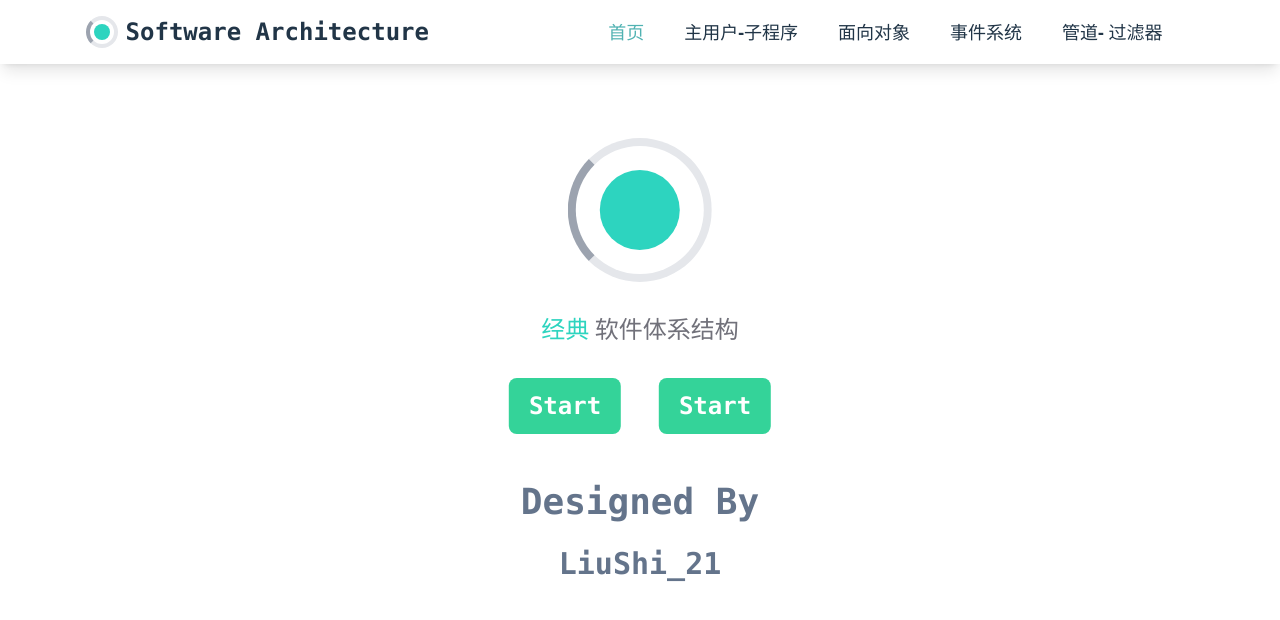
Repository: MarchRory/software_architecture_lab2
Page: / (app in lab2/)
The author's editor kept a copy of each file at every save. The page is drawn from the files as they stood at one save, then again after the next save.
The browser window is 1280 px wide. The pictures show the whole page.
The project was rebuilt for these pictures with package versions that can differ from the ones it lists, and the page was loaded fresh each time. Also part of the build but not shown: lab2/vite.config.ts. Imported but missing from the stored project, and not drawn on this page: lab2/src/views/OOP/index.vue, lab2/src/views/PipFilter/index.vue, lab2/src/views/eventsSys/index.vue, lab2/src/views/mainChild/index.vue.

Above is the page before, as saved 2023-11-17 21:43:28.

### lab2/index.html
<!Doctype html>
<html lang="en">
  <head>
    <meta charset="UTF-8" />
    <link rel="icon" type="image/svg+xml" href="/vite.svg" />
    <meta name="viewport" content="width=device-width, initial-scale=1.0" />
    <title>经典软件体系结构</title>
  </head>
  <body>
    <div id="app"></div>
    <script type="module" src="/src/main.ts"></script>
  </body>
</html>

### lab2/src/main.ts
import { createApp } from 'vue'
import './style.css'
import './style/index.css'
import hljs from 'highlight.js/lib/core'
import 'highlight.js/styles/androidstudio.css'
import java from 'highlight.js/lib/languages/java'
import router from '@/router/index'
import pinia from '@/store/index'
import App from './App.vue'
import "tailwindcss/tailwind.css"
const vueApp = createApp(App)
hljs.registerLanguage('java', java)
// 高亮指令
vueApp.directive('highlight', (el) => {
    const blocks = el.querySelectorAll('pre code')
    blocks.forEach((block: any) => {
        hljs.highlightElement(block)
    })
})
vueApp.use(router).use(pinia).mount('#app')

### lab2/src/style.css
:root {
  font-family: Inter, system-ui, Avenir, Helvetica, Arial, sans-serif;
  line-height: 1.5;
  font-weight: 400;

  color-scheme: light dark;
  color: rgba(255, 255, 255, 0.87);
  background-color: #242424;

  font-synthesis: none;
  text-rendering: optimizeLegibility;
  -webkit-font-smoothing: antialiased;
  -moz-osx-font-smoothing: grayscale;
  -webkit-text-size-adjust: 100%;
}

a {
  font-weight: 500;
  color: #646cff;
  text-decoration: inherit;
}
a:hover {
  color: #535bf2;
}

body {
  margin: 0;
  display: flex;
  place-items: center;
  min-width: 320px;
  min-height: 100vh;
}

@media (prefers-color-scheme: light) {
  :root {
    color: #213547;
    background-color: #ffffff;
  }
  a:hover {
    color: #747bff;
  }
  button {
    background-color: #f9f9f9;
  }
}

### lab2/src/router/index.ts
import { createRouter, createWebHashHistory, RouteRecordRaw } from "vue-router";
export const routes: Array<RouteRecordRaw> = [
    {
        path: '/',
        name: 'hello',
        meta: {
            tabName: '主页'
        },
        component: () => import('@/layout/index.vue'),
        redirect: '/home',
        children: [
            {
                path: '/home',
                name: 'home',
                component: () => import('@/views/hello/index.vue'),
                meta: {
                    title: '首页'
                }
            }, {
                path: '/mainChild',
                name: 'mainChild',
                component: () => import('@/views/mainChild/index.vue'),
                meta: {
                    title: '主用户-子程序'
                }
            }, {
                path: '/OOP',
                name: "OOP",
                component: () => import('@/views/OOP/index.vue'),
                meta: {
                    title: '面向对象'
                }
            }, {
                path: '/eventSys',
                name: "eventSys",
                component: () => import("@/views/eventsSys/index.vue"),
                meta: {
                    title: '事件系统'
                }
            }, {
                path: '/pipFilter',
                name: "pipFilter",
                component: () => import('@/views/PipFilter/index.vue'),
                meta: {
                    title: "管道- 过滤器"
                }
            }
        ]
    },
]

const router = createRouter({
    history: createWebHashHistory(),
    routes
})

export default router

### lab2/src/store/index.ts
import { createPinia } from 'pinia';

const stores = createPinia();

export default stores;

### lab2/src/App.vue
<script setup lang="ts">
	import { defineAsyncComponent } from 'vue';
	import { useRouter } from 'vue-router';
	const router = useRouter();
</script>

<template>
	<div id="app">
		<router-view></router-view>
	</div>
</template>

<style>
	#app {
		width: 100vw;
		height: 100vh;
	}

	::-webkit-scrollbar {
		width: 8px;
	}

	::-webkit-scrollbar-thumb {
		background-color: rgb(69, 199, 202);
		border-radius: 15px;
	}

	::-moz-scrollbar {
		width: 8px;
	}

	::-moz-scrollbar-thumb {
		background-color: rgb(69, 199, 202);
	}
</style>

### lab2/src/layout/index.vue
<script setup lang="ts">
	import { defineAsyncComponent } from 'vue';
	const Navbar = defineAsyncComponent(() => import('./navbar.vue'));
	const APPMain = defineAsyncComponent(() => import('./Main.vue'));
</script>

<template>
	<div class="flex flex-col items-center w-full h-full">
		<Navbar />
		<APPMain class="flex-1" />
	</div>
</template>

### lab2/src/views/hello/index.vue
<script setup lang="ts">
	import { useRouter } from 'vue-router';
	const router = useRouter();
	function enter() {
		router.push({
			path: '/mainChild',
		});
	}
</script>

<template>
	<div
		style="position: absolute; left: 50%; top: 50%; transform: translate(-50%, -50%)"
		class="flex flex-col items-center justify-around h-fit"
	>
		<div
			class="flex items-center justify-center mb-8 border-8 rounded-full w-36 h-36 border-l-gray-400"
		>
			<div class="w-20 h-20 bg-teal-400 rounded-full"></div>
		</div>
		<div class="mb-8 space-x-2 text-2xl font-bold text-zinc-500">
			<span class="text-teal-400">经典</span>
			软件体系结构
		</div>
		<div class="flex items-center justify-between" style="width: 110%">
			<div
				@click="enter"
				class="flex items-center justify-center px-5 py-3 font-mono text-2xl font-bold text-white rounded-lg hover:cursor-pointer bg-emerald-400"
			>
				Start
			</div>
			<div
				@click="enter"
				class="flex items-center justify-center px-5 py-3 font-mono text-2xl font-bold text-white rounded-lg hover:cursor-pointer bg-emerald-400"
			>
				Start
			</div>
		</div>

		<div class="flex flex-col justify-center mt-12 font-mono font-bold w-fit text-slate-500">
			<div class="text-4xl">Designed By</div>
			<br />
			<div style="margin: 0 auto" class="text-3xl">LiuShi_21</div>
		</div>
	</div>
</template>

<style scoped></style>

### lab2/src/layout/navbar.vue
<script setup lang="ts">
	import { useRouter, useRoute, RouteRecordRaw } from 'vue-router';
	import { routes } from '@/router';
	import { ref } from 'vue';
	const router = useRouter();
	const route = useRoute();
	const Navlist = ref();
	function initNav() {
		Navlist.value = routes[0].children?.map((route: RouteRecordRaw) => {
			return {
				path: route.path,
				title: route?.meta.title,
			};
		});
	}
	initNav();
	function switchTab(path: string) {
		router.push({
			path: path,
		});
	}
</script>

<template>
	<div class="flex items-center justify-around w-full h-16 shadow-lg">
		<ul class="flex items-center justify-start list-none">
			<li class="flex items-center justify-center w-8 h-8 border-4 rounded-full border-l-gray-400">
				<div class="w-4 h-4 bg-teal-400 rounded-full"></div>
			</li>
			<li class="font-mono text-2xl navFont">Software Architecture</li>
		</ul>
		<ul class="flex min-w-fit">
			<li
				@click="switchTab(navItem.path)"
				class="mr-8 font-sans text-lg transition-all navFont hover:cursor-pointer"
				:class="[route.path == navItem.path ? 'active' : '']"
				v-for="(navItem, index) in Navlist"
				:key="index"
			>
				{{ navItem.title }}
			</li>
		</ul>
	</div>
</template>

<style scoped>
	.navFont {
		@apply ml-2 font-bold;
	}
	.active {
		color: rgb(80, 178, 178);
	}
	/* 	.active::before {
		display: block;
		content: '';
		position: absolute;
		width: 12px;
		height: 12px;
		border-radius: 50%;
		background-color: rgb(80, 178, 178);
		transform: translate(100%, 50%);
	} */
</style>

### lab2/src/layout/Main.vue
<script setup lang="ts">
	import { nextTick, ref, watch } from 'vue';
	import { useScrollStore } from '@/store/modules/scroll/index';
	import { useScroll } from '@/hooks/useScroll';
	import router from '@/router';
	const scrollStore = useScrollStore();
	scrollStore.init();
	const main = ref<HTMLDivElement>();
	const { pageScroll } = useScroll();
	router.beforeEach((to, from, next) => {
		pageScroll.value = 0;
		if (main.value) {
			scrollStore.update(from.fullPath, main.value.scrollTop);
			next();
		}
	});
	router.afterEach((to, from) => {
		nextTick(() => {
			if (main.value) {
				main.value.scrollTop = scrollStore.useScroll(to.fullPath) as number;
			}
		});
	});
	watch(
		() => pageScroll.value,
		(newV) => {
			let scrollTopTo = newV;
			if (main.value)
				main.value.scrollTo({ top: scrollTopTo > 0 ? scrollTopTo : 0, behavior: 'smooth' });
		},
	);
</script>

<template>
	<div class="w-full h-auto px-56 pt-4 overflow-auto" ref="main">
		<router-view v-slot="{ Component }">
			<keep-alive>
				<component :is="Component" />
			</keep-alive>
		</router-view>
	</div>
</template>

### lab2/src/store/modules/scroll/index.ts
import { defineStore } from "pinia";
import { routes } from "@/router";
import { RouteRecordRaw } from "vue-router";
interface ScrollType {
    scrollMap: Map<string, number>
}
export const useScrollStore = defineStore('useScrollStore', {
    state: (): ScrollType => {
        return {
            scrollMap: new Map()
        }
    },
    actions: {
        init(): void {
            const paths = routes[0].children?.map((route: RouteRecordRaw) => {
                return {
                    path: route.path,
                };
            });
            paths?.forEach((item, index) => {
                this.scrollMap.set(item.path, 0)
            })
        },
        update(routePath: string, scrollTop: number): void {
            this.scrollMap.set(routePath, scrollTop)
        },
        useScroll(routePath: string): number | undefined {
            return this.scrollMap.get(routePath)
        }
    }
})

### lab2/src/hooks/useScroll.ts

import { ComponentInternalInstance, getCurrentInstance, ref } from 'vue'
const pageScroll = ref(0)
export const useScroll = () => {
    return {
        pageScroll
    }
}

Loaded but not shown: lab2/src/style/index.css (common file); lab2/tailwind.config.js (common file)

After the next save:
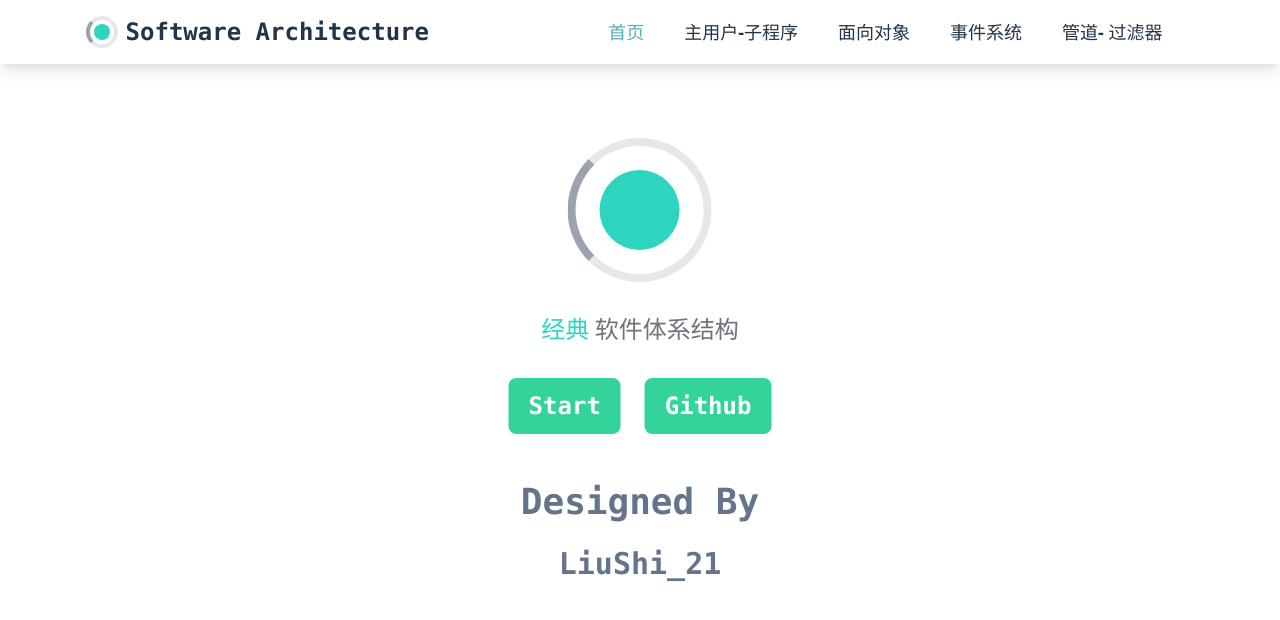
Saved 32 s later.
--- a/lab2/src/views/hello/index.vue
+++ b/lab2/src/views/hello/index.vue
@@ -1,7 +1,7 @@
 <script setup lang="ts">
 	import { useRouter } from 'vue-router';
 	const router = useRouter();
-	function enter() {
+	function enterPage() {
 		router.push({
 			path: '/mainChild',
 		});
@@ -24,16 +24,16 @@
 		</div>
 		<div class="flex items-center justify-between" style="width: 110%">
 			<div
-				@click="enter"
+				@click="enterPage"
 				class="flex items-center justify-center px-5 py-3 font-mono text-2xl font-bold text-white rounded-lg hover:cursor-pointer bg-emerald-400"
 			>
 				Start
 			</div>
 			<div
-				@click="enter"
+				@click="enterGithub"
 				class="flex items-center justify-center px-5 py-3 font-mono text-2xl font-bold text-white rounded-lg hover:cursor-pointer bg-emerald-400"
 			>
-				Start
+				Github
 			</div>
 		</div>
 
